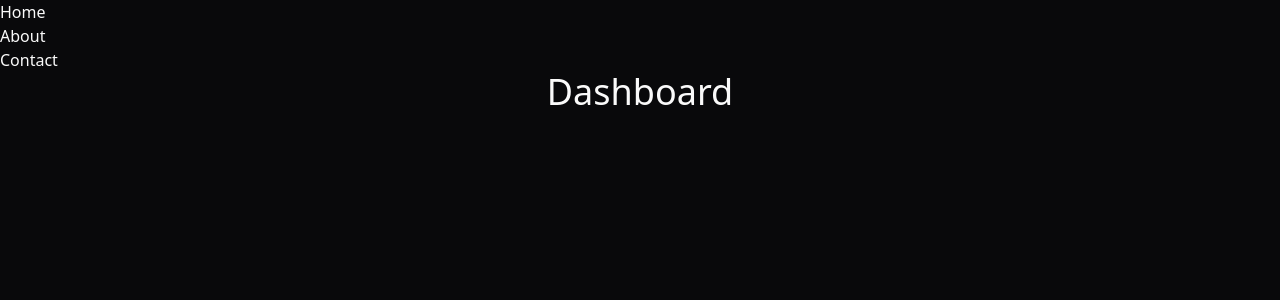
Repository: svoglimacci/recipe-app-tmp
Page: /app
These files come from the project's save history. The page is drawn as it stood at one moment and after the next save; the edit follows.
The browser window is 1280 px wide. The pictures show the whole page.
The project was rebuilt for these pictures with package versions that can differ from the ones it lists, and the page was loaded fresh each time. Also part of the build but not shown: vite.config.ts, src/components/Recipe.tsx, src/components/RecipeList.tsx, src/components/RecipeCard.tsx, src/views/Login.tsx, src/views/Landing.tsx, src/views/Home.tsx.

Above is the page before, as saved 2024-01-30 13:47:47.

### src/App.tsx
import { ThemeProvider } from "@/components/ui/theme-provider"
import { RouterProvider } from "react-router-dom"
import { router } from "@/router"

function App() {
  return (
    <ThemeProvider defaultTheme="dark" storageKey="vite-ui-theme">
    <RouterProvider router={router}/>
  </ThemeProvider>
  )
}

export default App

### src/components/ui/theme-provider.tsx
import { createContext, useContext, useEffect, useState } from "react"

type Theme = "dark" | "light" | "system"

type ThemeProviderProps = {
  children: React.ReactNode
  defaultTheme?: Theme
  storageKey?: string
}

type ThemeProviderState = {
  theme: Theme
  setTheme: (theme: Theme) => void
}

const initialState: ThemeProviderState = {
  theme: "system",
  setTheme: () => null,
}

const ThemeProviderContext = createContext<ThemeProviderState>(initialState)

export function ThemeProvider({
  children,
  defaultTheme = "system",
  storageKey = "vite-ui-theme",
  ...props
}: ThemeProviderProps) {
  const [theme, setTheme] = useState<Theme>(
    () => (localStorage.getItem(storageKey) as Theme) || defaultTheme
  )

  useEffect(() => {
    const root = window.document.documentElement

    root.classList.remove("light", "dark")

    if (theme === "system") {
      const systemTheme = window.matchMedia("(prefers-color-scheme: dark)")
        .matches
        ? "dark"
        : "light"

      root.classList.add(systemTheme)
      return
    }

    root.classList.add(theme)
  }, [theme])

  const value = {
    theme,
    setTheme: (theme: Theme) => {
      localStorage.setItem(storageKey, theme)
      setTheme(theme)
    },
  }

  return (
    <ThemeProviderContext.Provider {...props} value={value}>
      {children}
    </ThemeProviderContext.Provider>
  )
}

export const useTheme = () => {
  const context = useContext(ThemeProviderContext)

  if (context === undefined)
    throw new Error("useTheme must be used within a ThemeProvider")

  return context
}

### src/router/index.tsx
import { createBrowserRouter } from "react-router-dom";
import { Home, Login, Landing, Dashboard } from "@/views";
import { Recipe, RecipeList } from "@/components";

const router = createBrowserRouter([
  {
    path: "/",
    element: <Landing />,
  },
  {
    path: "/login",
    element: <Login />,
  },
  {
   path: "/app",
    element: <Dashboard />,
    children: [
      {
        path: "",
        element: <Home />,
      },
      {
        path: "recipes",
        element: <RecipeList />,
      },
      {
        path: "recipes/:id",
        element: <Recipe />,
      }
    ],
  }
])

export { router }

### src/views/index.tsx
import { Dashboard } from "./Dashboard";
import { Login } from "./Login";
import { Landing } from "./Landing";
import { Home } from "./Home";

export { Dashboard, Login, Landing, Home };

### src/components/index.tsx
import { Recipe } from "./Recipe";
import { RecipeList } from "./RecipeList";
import { RecipeCard } from "./RecipeCard";
import { DashboardHeader } from "./DashboardHeader";
import { MobileNav } from "./BurgerMenu";

export {
  Recipe,
  RecipeList,
  RecipeCard,
  DashboardHeader,
  MobileNav
}

### src/views/Dashboard.tsx
import { DashboardHeader } from '@/components';
import { Nav } from '@/components/Nav';


function Dashboard() {
  return (
    <>
    <div className="container relative p-0">
      <DashboardHeader />
      <div>
      <Nav />
      <main className="flex flex-col items-center justify-center">
        <h1 className="text-4xl text-primary">Dashboard</h1>
      </main>
      </div>
    </div>
    </>
  )
}

export { Dashboard };

### src/components/DashboardHeader.tsx
import { ModeToggle } from "./ui/mode-toggle";
import { MobileNav } from "./BurgerMenu";

function DashboardHeader() {
  return(

  <header className="flex sticky top-0 z-50 md:hidden bg-secondary justify-between">
    <MobileNav />
    <ModeToggle />
  </header>
  )
}

export { DashboardHeader  };

### src/components/BurgerMenu.tsx
import { Menu } from "lucide-react";
import { Sheet, SheetContent, SheetHeader, SheetTrigger } from "./ui/sheet";

import { Button } from "./ui/button";

function MobileNav() {
  return (
    <nav className="md:hidden">
    <Sheet>
  <SheetTrigger asChild><Button variant="ghost" size="icon"><Menu/></Button></SheetTrigger>
  <SheetContent side="left">
    <SheetHeader>

    </SheetHeader>
  </SheetContent>
</Sheet>
</nav>

  )
}

export { MobileNav  };

### src/components/Nav.tsx

function Nav() {
  return (
  <nav className="flex flex-row">
  <ul className="flex flex-col justify-between">
    <li className="text-primary">Home</li>
    <li className="text-primary">About</li>
    <li className="text-primary">Contact</li>
  </ul>
</nav>

  )
}

export { Nav  };

### src/components/ui/mode-toggle.tsx
import { Moon, Sun } from "lucide-react"

import { Button } from "@/components/ui/button"
import { useTheme } from "@/components/ui/theme-provider"

export function ModeToggle() {
  const { theme, setTheme } = useTheme()

  return (
    <Button
      aria-label="Toggle theme"
      onClick={() => setTheme(theme === "dark" ? "light" : "dark")}
      variant="ghost"
      size="icon"
    >
      <Sun className="h-[1.2rem] w-[1.2rem] rotate-0 scale-100 transition-all dark:-rotate-90 dark:scale-0" />
      <Moon className="absolute h-[1.2rem] w-[1.2rem] rotate-90 scale-0 transition-all dark:rotate-0 dark:scale-100" />
    </Button>
  )
}

### src/components/ui/sheet.tsx
import * as React from "react"
import * as SheetPrimitive from "@radix-ui/react-dialog"
import { cva, type VariantProps } from "class-variance-authority"
import { X } from "lucide-react"

import { cn } from "@/lib/utils"
import { Button } from "./button"

const Sheet = SheetPrimitive.Root

const SheetTrigger = SheetPrimitive.Trigger

const SheetClose = SheetPrimitive.Close

const SheetPortal = SheetPrimitive.Portal

const SheetOverlay = React.forwardRef<
  React.ElementRef<typeof SheetPrimitive.Overlay>,
  React.ComponentPropsWithoutRef<typeof SheetPrimitive.Overlay>
>(({ className, ...props }, ref) => (
  <SheetPrimitive.Overlay
    className={cn(
      "fixed inset-0 z-50 bg-black/80  data-[state=open]:animate-in data-[state=closed]:animate-out data-[state=closed]:fade-out-0 data-[state=open]:fade-in-0",
      className
    )}
    {...props}
    ref={ref}
  />
))
SheetOverlay.displayName = SheetPrimitive.Overlay.displayName

const sheetVariants = cva(
  "fixed z-50 gap-4 bg-background p-6 shadow-lg transition ease-in-out data-[state=open]:animate-in data-[state=closed]:animate-out data-[state=closed]:duration-300 data-[state=open]:duration-500",
  {
    variants: {
      side: {
        top: "inset-x-0 top-0 border-b data-[state=closed]:slide-out-to-top data-[state=open]:slide-in-from-top",
        bottom:
          "inset-x-0 bottom-0 border-t data-[state=closed]:slide-out-to-bottom data-[state=open]:slide-in-from-bottom",
        left: "inset-y-0 left-0 h-full w-3/4 border-r data-[state=closed]:slide-out-to-left data-[state=open]:slide-in-from-left sm:max-w-sm",
        right:
          "inset-y-0 right-0 h-full w-3/4  border-l data-[state=closed]:slide-out-to-right data-[state=open]:slide-in-from-right sm:max-w-sm",
      },
    },
    defaultVariants: {
      side: "right",
    },
  }
)

interface SheetContentProps
  extends React.ComponentPropsWithoutRef<typeof SheetPrimitive.Content>,
    VariantProps<typeof sheetVariants> {}

const SheetContent = React.forwardRef<
  React.ElementRef<typeof SheetPrimitive.Content>,
  SheetContentProps
>(({ side = "right", className, children, ...props }, ref) => (
  <SheetPortal>
    <SheetOverlay />
    <SheetPrimitive.Content
      ref={ref}
      className={cn(sheetVariants({ side }), className)}
      {...props}
    >
      {children}
      <SheetPrimitive.Close className="absolute right-4 top-4 rounded-sm opacity-70 ring-offset-background transition-opacity hover:opacity-100 focus:outline-none focus:ring-2 focus:ring-ring focus:ring-offset-2 disabled:pointer-events-none data-[state=open]:bg-secondary">
        <Button variant="ghost" size="icon">
        <X/>
        </Button>
        <span className="sr-only">Close</span>
      </SheetPrimitive.Close>
    </SheetPrimitive.Content>
  </SheetPortal>
))
SheetContent.displayName = SheetPrimitive.Content.displayName

const SheetHeader = ({
  className,
  ...props
}: React.HTMLAttributes<HTMLDivElement>) => (
  <div
    className={cn(
      "flex flex-col space-y-2 text-center sm:text-left",
      className
    )}
    {...props}
  />
)
SheetHeader.displayName = "SheetHeader"

const SheetFooter = ({
  className,
  ...props
}: React.HTMLAttributes<HTMLDivElement>) => (
  <div
    className={cn(
      "flex flex-col-reverse sm:flex-row sm:justify-end sm:space-x-2",
      className
    )}
    {...props}
  />
)
SheetFooter.displayName = "SheetFooter"

const SheetTitle = React.forwardRef<
  React.ElementRef<typeof SheetPrimitive.Title>,
  React.ComponentPropsWithoutRef<typeof SheetPrimitive.Title>
>(({ className, ...props }, ref) => (
  <SheetPrimitive.Title
    ref={ref}
    className={cn("text-lg font-semibold text-foreground", className)}
    {...props}
  />
))
SheetTitle.displayName = SheetPrimitive.Title.displayName

const SheetDescription = React.forwardRef<
  React.ElementRef<typeof SheetPrimitive.Description>,
  React.ComponentPropsWithoutRef<typeof SheetPrimitive.Description>
>(({ className, ...props }, ref) => (
  <SheetPrimitive.Description
    ref={ref}
    className={cn("text-sm text-muted-foreground", className)}
    {...props}
  />
))
SheetDescription.displayName = SheetPrimitive.Description.displayName

export {
  Sheet,
  SheetPortal,
  SheetOverlay,
  SheetTrigger,
  SheetClose,
  SheetContent,
  SheetHeader,
  SheetFooter,
  SheetTitle,
  SheetDescription,
}

### src/components/ui/button.tsx
import * as React from "react"
import { Slot } from "@radix-ui/react-slot"
import { cva, type VariantProps } from "class-variance-authority"

import { cn } from "@/lib/utils"

const buttonVariants = cva(
  "inline-flex items-center justify-center whitespace-nowrap rounded-md text-sm font-medium ring-offset-background transition-colors focus-visible:outline-none focus-visible:ring-2 focus-visible:ring-ring focus-visible:ring-offset-2 disabled:pointer-events-none disabled:opacity-50",
  {
    variants: {
      variant: {
        default: "bg-primary text-primary-foreground hover:bg-primary/90",
        destructive:
          "bg-destructive text-destructive-foreground hover:bg-destructive/90",
        outline:
          "border border-input bg-background hover:bg-accent hover:text-accent-foreground",
        secondary:
          "bg-secondary text-secondary-foreground hover:bg-secondary/80",
        ghost: "hover:bg-accent hover:text-accent-foreground",
        link: "text-primary underline-offset-4 hover:underline",
      },
      size: {
        default: "h-10 px-4 py-2",
        sm: "h-9 rounded-md px-3",
        lg: "h-11 rounded-md px-8",
        icon: "h-10 w-10",
      },
    },
    defaultVariants: {
      variant: "default",
      size: "default",
    },
  }
)

export interface ButtonProps
  extends React.ButtonHTMLAttributes<HTMLButtonElement>,
    VariantProps<typeof buttonVariants> {
  asChild?: boolean
}

const Button = React.forwardRef<HTMLButtonElement, ButtonProps>(
  ({ className, variant, size, asChild = false, ...props }, ref) => {
    const Comp = asChild ? Slot : "button"
    return (
      <Comp
        className={cn(buttonVariants({ variant, size, className }))}
        ref={ref}
        {...props}
      />
    )
  }
)
Button.displayName = "Button"

export { Button, buttonVariants }

Loaded but not shown: index.html (common file); src/main.tsx (common file); src/index.css (common file); src/lib/utils.ts (common file); tailwind.config.js (common file)

After the next save:
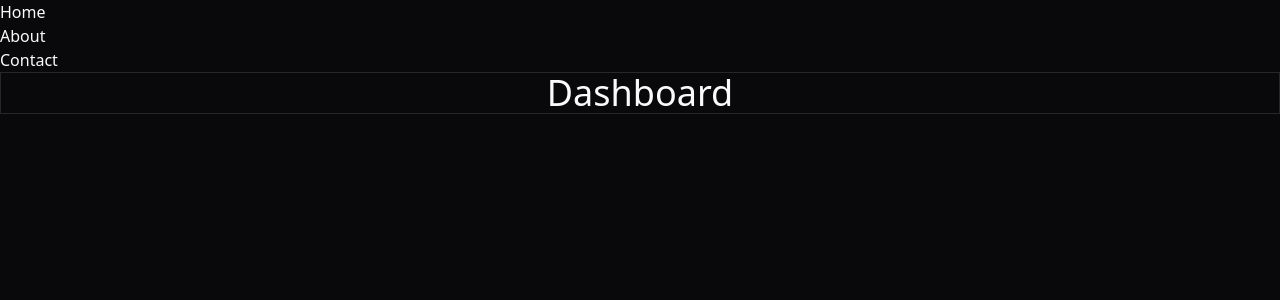
Saved 74 s later.
--- a/src/views/Dashboard.tsx
+++ b/src/views/Dashboard.tsx
@@ -9,7 +9,7 @@ function Dashboard() {
       <DashboardHeader />
       <div>
       <Nav />
-      <main className="flex flex-col items-center justify-center">
+      <main className="flex flex-col items-center justify-center border">
         <h1 className="text-4xl text-primary">Dashboard</h1>
       </main>
       </div>
